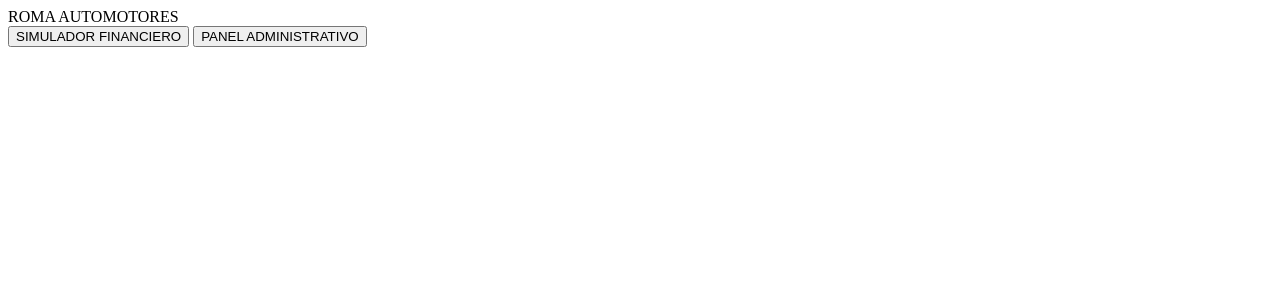
Repository: PPIII-9-012/Roma-System
Page: public/index.html
An editor plug-in stored every save of this project. The page is shown before and after the next save, followed by the edit.
The browser window is 1280 px wide. The pictures show the whole page.

Above is the page before, as saved 2026-08-22 11:48:00.

### public/index.html
<!DOCTYPE html>
<html lang="es">
<head>
    <meta charset="UTF-8">
    <meta name="viewport" content="width=device-width, initial-scale=1.0">
    <title>Simulador Financiero — Roma Automotores</title>
    <link rel="preconnect" href="https://fonts.googleapis.com">
    <link href="https://fonts.googleapis.com/css2?family=Inter:wght@400;500;600;700&display=swap" rel="stylesheet">
    <style>

</style>
</head>
<body>
<div class="navbar">
    <div class="navbar-left">
        <span class="navbar-logo">ROMA</span>
        <span class="navbar-brand">AUTOMOTORES</span>
    </div>
    <div class="navbar-links">
        <button class="navbar-link active" type="button">SIMULADOR FINANCIERO</button>
        <button class="navbar-link" type="button" id="panelAdmimBtn">PANEL ADMINISTRATIVO</button>
    </div>
</div>

</body>
</html>

After the next save:
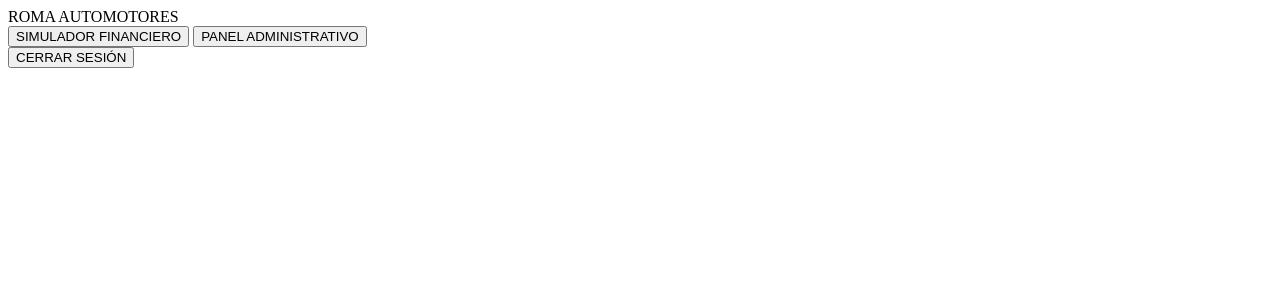
Saved 81 s later.
--- a/public/index.html
+++ b/public/index.html
@@ -20,6 +20,7 @@
         <button class="navbar-link active" type="button">SIMULADOR FINANCIERO</button>
         <button class="navbar-link" type="button" id="panelAdmimBtn">PANEL ADMINISTRATIVO</button>
     </div>
+    <button class="navbar-logout" type="button" id="logoutBtn">CERRAR SESIÓN</button>
 </div>
 
 </body>
